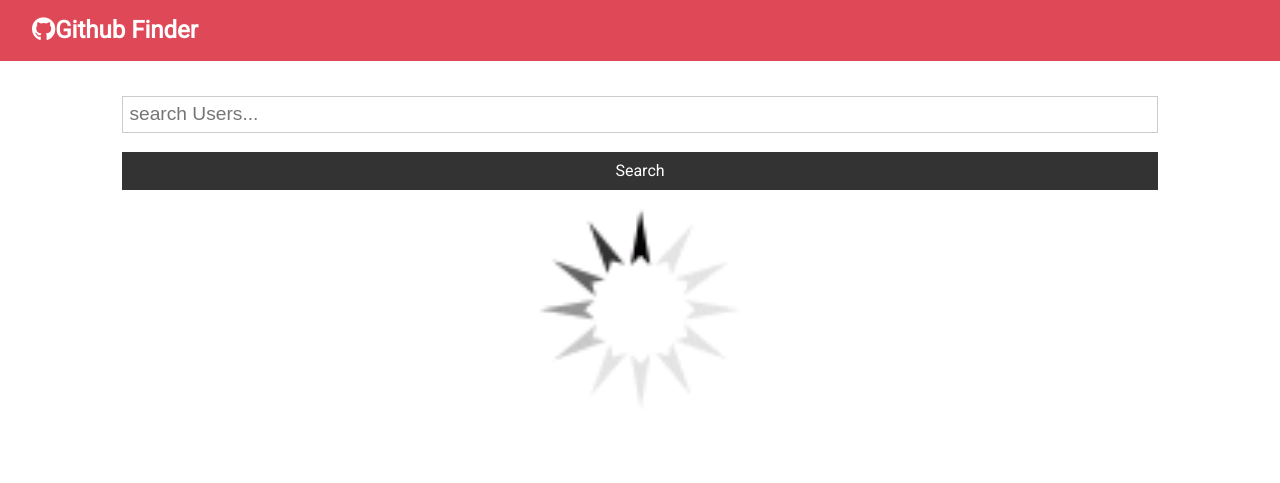
Repository: MANUCHANDRAN94/Github-Finder-React-
Page: /about
These files come from the project's save history. The page is drawn as it stood at one moment and after the next save; the edit follows.
The browser window is 1280 px wide. The pictures show the whole page.
The page's requests for data from a server got no answer. Some web libraries are served in a nearby version. The project was rebuilt for these pictures with package versions that can differ from the ones it lists, and the page was loaded fresh each time. No one was signed in, and anything a server would have sent is missing. Also part of the build but not shown: src/components/users/UserItem.js.

Above is the page before, as saved 2020-10-12 08:00:39.

After the next save:
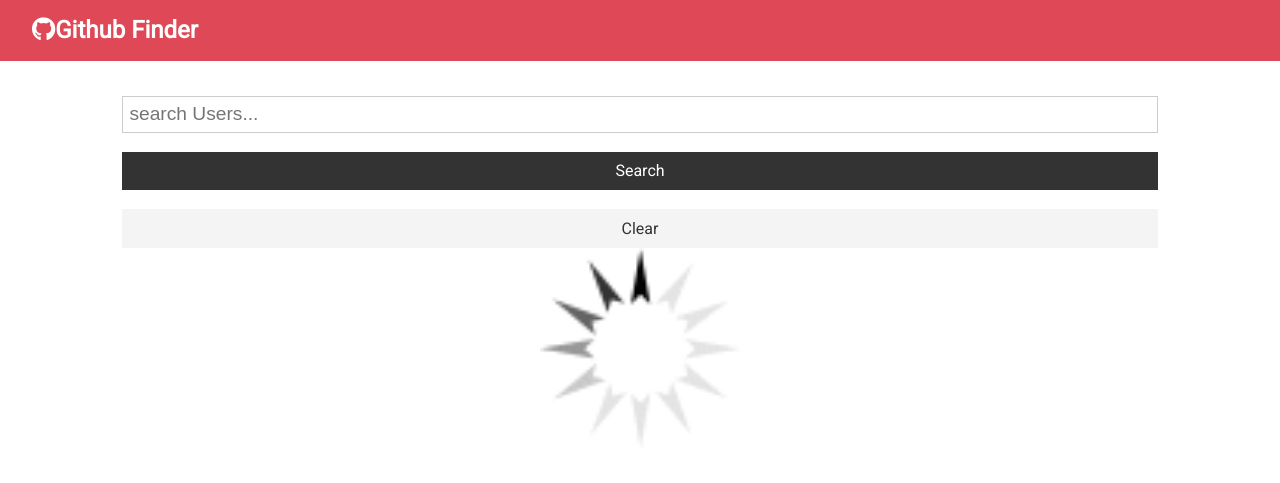
Saved 3 min 20 s later.
--- a/src/components/users/Search.js
+++ b/src/components/users/Search.js
@@ -35,6 +35,12 @@
             className='btn btn-dark btn-block'
           />
         </form>
+        <button
+          className='btn btn-light btn-block'
+          onClick={this.props.clearUsers}
+        >
+          Clear
+        </button>
       </div>
     );
   }
